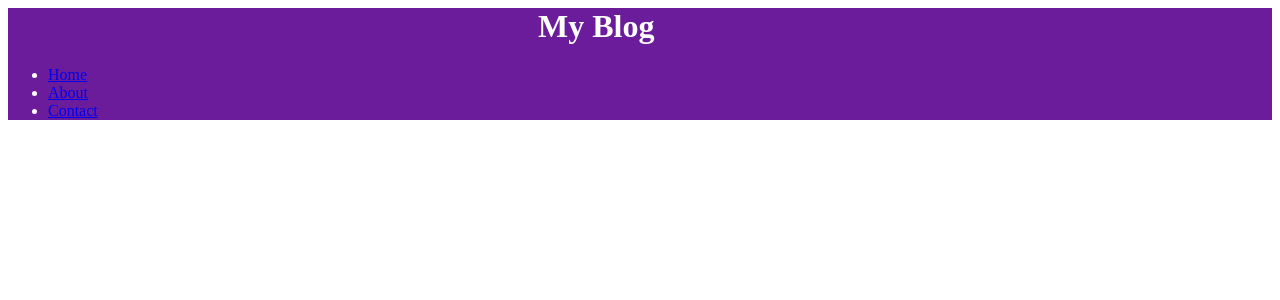
Repository: Femi007-gh/BLOG
Page: index.html
These files come from the project's save history. The page is drawn as it stood at one moment and after the next save; the edit follows.
The browser window is 1280 px wide. The pictures show the whole page.

Above is the page before, as saved 2025-01-08 06:47:57.

After the next save:
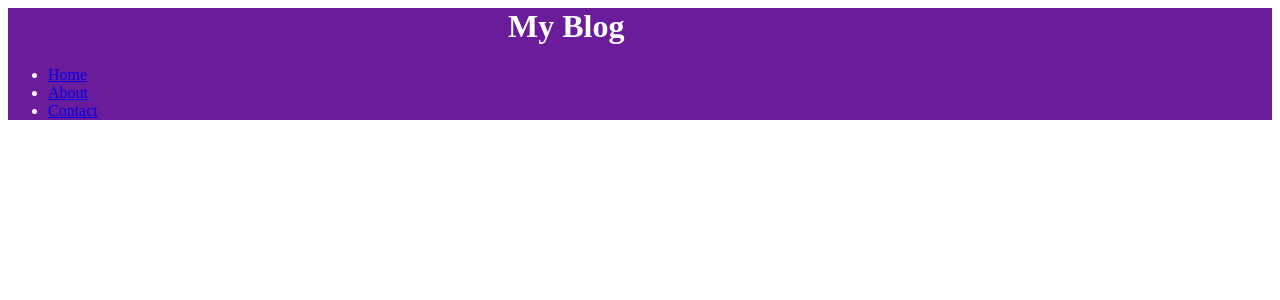
Saved 13 s later.
--- a/style.css
+++ b/style.css
@@ -4,5 +4,5 @@ header {
 }
 
 h1 {
-  margin-left: 530px;
+  margin-left: 500px;
 }
